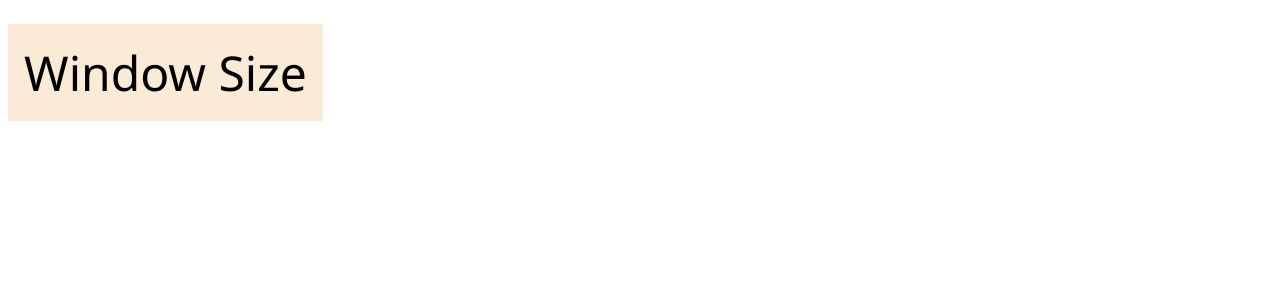
Repository: sephinejo/frontend-browser-101
Page: browser/window_size.html
The author's editor kept a copy of each file at every save. The page is drawn from the files as they stood at one save, then again after the next save.
The browser window is 1280 px wide. The pictures show the whole page.

Above is the page before, as saved 2023-05-10 12:13:00.

After the next save:
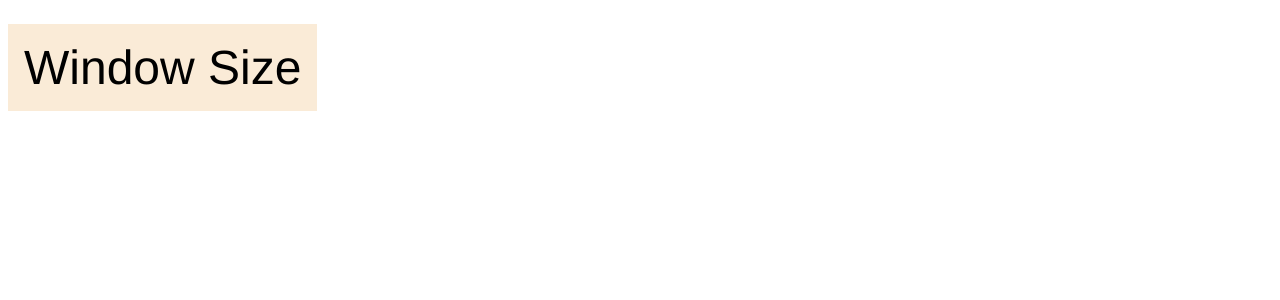
Saved 18 s later.
--- a/browser/window_size.html
+++ b/browser/window_size.html
@@ -12,7 +12,7 @@
         padding: 16px;
         margin-top: 16px;
         font-size: 48px;
-        font-family: 'Segoe UI', Tahoma, Geneva, Verdana, sans-serif;
+        font-family: 'Franklin Gothic Medium', 'Arial Narrow', Arial, sans-serif;
       }
     </style>
   </head>
